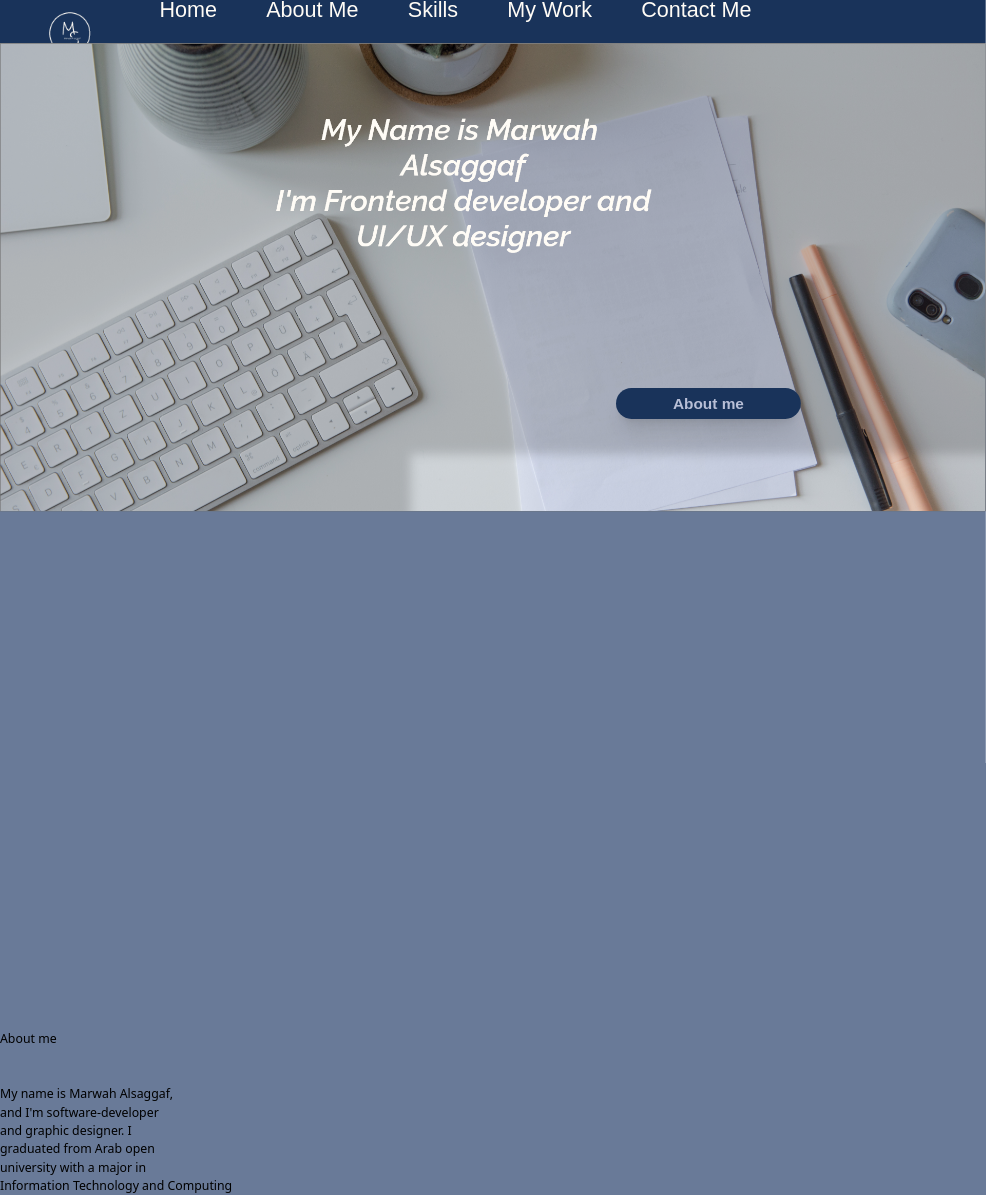
Repository: MEROO1010/my_portfolio
Page: /
These files come from the project's save history. The page is drawn as it stood at one moment and after the next save; the edit follows.
The browser window is 1280 px wide. The pictures show the whole page, at 77% of full size.
The project was rebuilt for these pictures with package versions that can differ from the ones it lists, and the page was loaded fresh each time. The framework's server and built-in components were replaced by stand-ins that run in the browser. Also part of the build but not shown: next.config.js.

Above is the page before, as saved 2023-03-10 02:16:16.

After the next save:
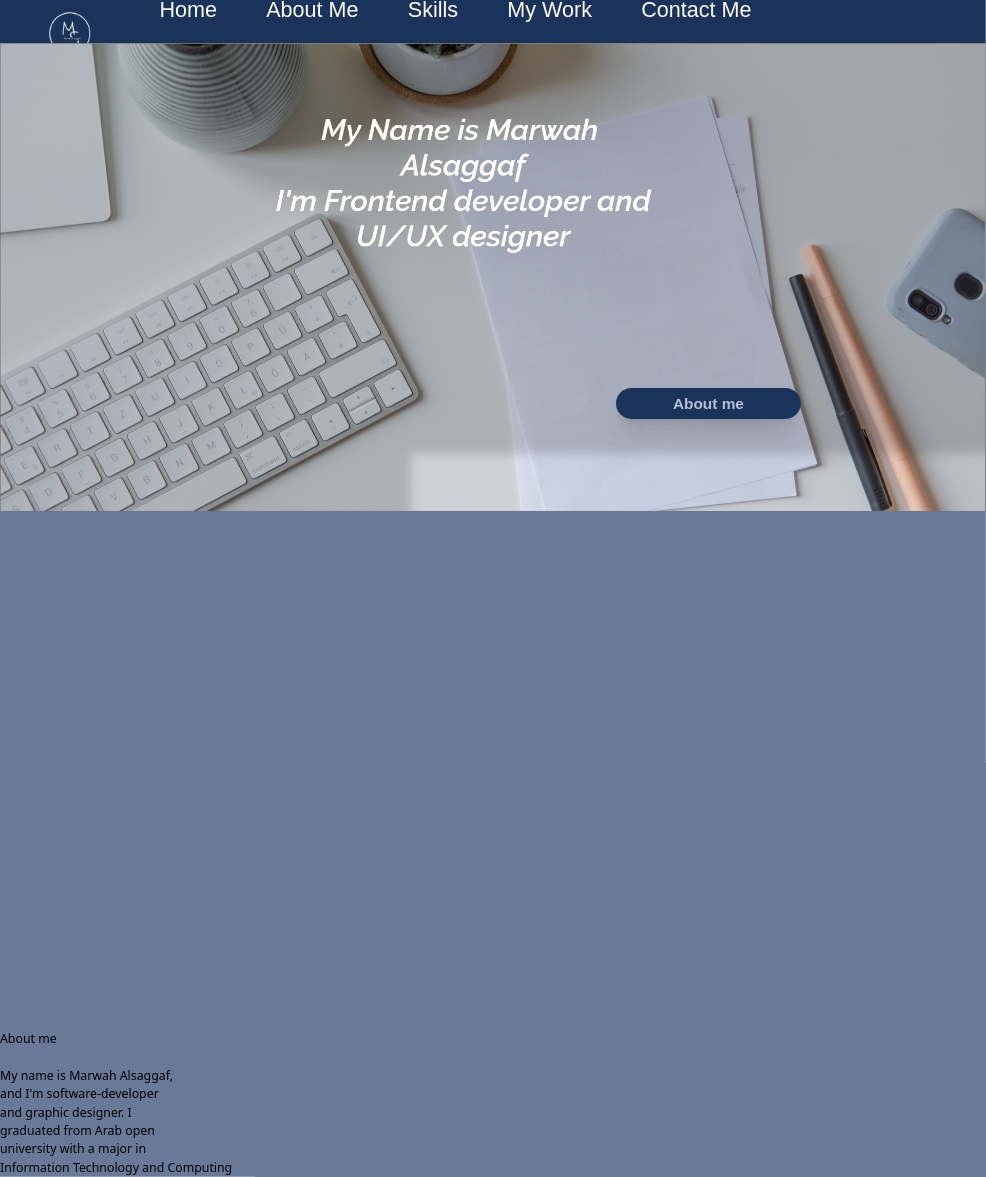
Saved 48 s later.
--- a/pages/components/AboutMe.tsx
+++ b/pages/components/AboutMe.tsx
@@ -13,7 +13,7 @@ const AboutMe = () => {
 
         <div>
             <h1>About me</h1>
-            <br/><br/>
+            <br/>
             <p>
             My name is Marwah Alsaggaf,<br/> and I'm software-developer <br/>
             and graphic designer. I <br/>
